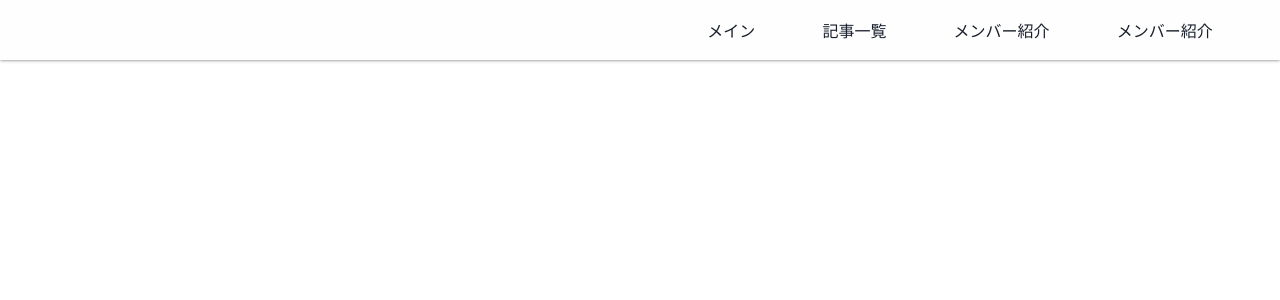
Repository: kanshu-1118/gpt-schoollife
Page: /contentsList
These files come from the project's save history. The page is drawn as it stood at one moment and after the next save; the edit follows.
The browser window is 1280 px wide. The pictures show the whole page.
The project was rebuilt for these pictures with package versions that can differ from the ones it lists, and the page was loaded fresh each time. The framework's server and built-in components were replaced by stand-ins that run in the browser. Also part of the build but not shown: next.config.js.

Above is the page before, as saved 2023-06-22 15:39:27.

After the next save:
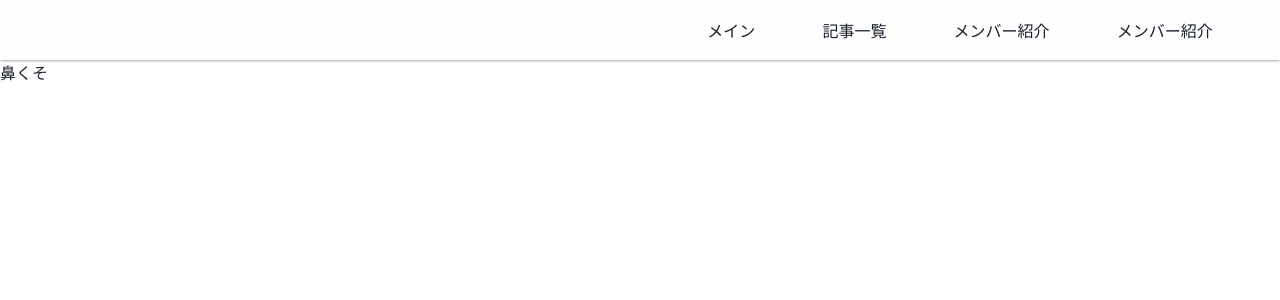
Saved 60 s later.
--- a/src/pages/contentsList.tsx
+++ b/src/pages/contentsList.tsx
@@ -12,6 +12,7 @@
         <>
             <Header />
             <Text>{props.text}</Text>
+            <Text>鼻くそ</Text>
         </>
     )
 }

After the save that followed:
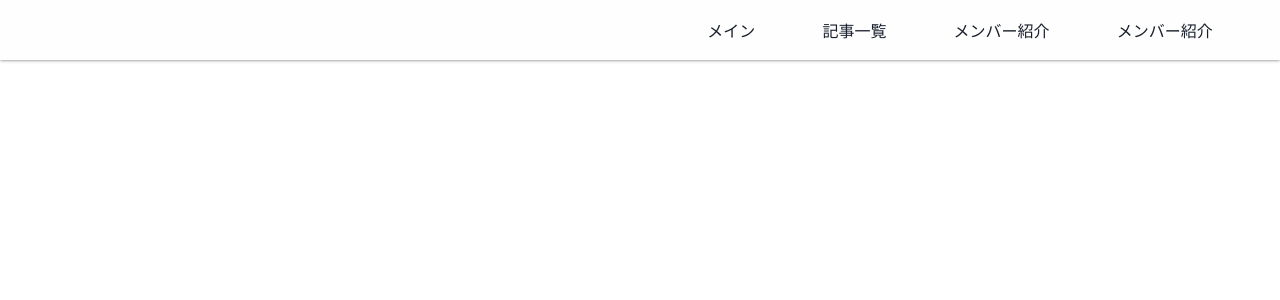
Saved 8 s later.
--- a/src/pages/contentsList.tsx
+++ b/src/pages/contentsList.tsx
@@ -12,7 +12,6 @@
         <>
             <Header />
             <Text>{props.text}</Text>
-            <Text>鼻くそ</Text>
         </>
     )
 }
